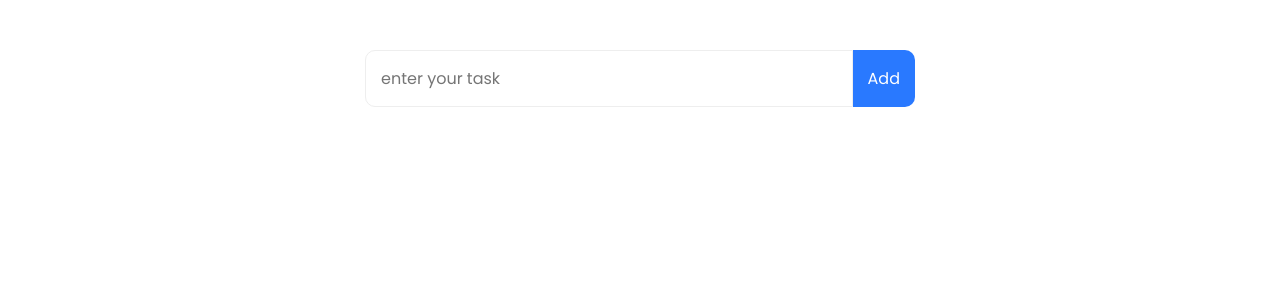
Repository: Kaii-Dev/js-course
Page: BAI-TAP/todolist/index.html
An editor plug-in stored every save of this project. The page is shown before and after the next save, followed by the edit.
The browser window is 1280 px wide. The pictures show the whole page.

Above is the page before, as saved 2021-12-22 19:59:39.

### BAI-TAP/todolist/index.html
<!DOCTYPE html>
<html lang="en">
<head>
   <meta charset="UTF-8">
   <meta http-equiv="X-UA-Compatible" content="IE=edge">
   <meta name="viewport" content="width=device-width, initial-scale=1.0">
   <title>to do list</title>
   <link rel="preconnect" href="https://fonts.gstatic.com" />
   <link
     href="https://fonts.googleapis.com/css2?family=Poppins:wght@400;600&display=swap"
     rel="stylesheet"
   />
   <link
     rel="stylesheet"
     href="https://cdnjs.cloudflare.com/ajax/libs/font-awesome/4.7.0/css/font-awesome.min.css"
     integrity="sha512-SfTiTlX6kk+qitfevl/7LibUOeJWlt9rbyDn92a1DqWOw9vWG2MFoays0sgObmWazO5BQPiFucnnEAjpAB+/Sw=="
     crossorigin="anonymous"
   />
   <style>
      html {
  box-sizing: border-box;
}
* {
  margin: 0;
  padding: 0;
}
*,
*:before,
*:after {
  box-sizing: border-box;
}
input,
textarea,
select,
button {
  outline: none;
}
input {
  line-height: normal;
}
label,
button {
  cursor: pointer;
}
a {
  text-decoration: none;
}
img {
  display: block;
  max-width: 100%;
}
*,
*:before,
*:after {
  box-sizing: border-box;
}
/* using rem unit */
html {
  font-size: 62.5%;
}
a {
  text-decoration: none;
}
img {
  display: block;
  max-width: 100%;
}
input,
button,
body {
  font-family: "Poppins", sans-serif;
  font-size: 16px;
  line-height: 1;
}
.todo {
  padding: 25px;
  margin: 25px auto;
  max-width: 600px;
}
.todo-form {
  width: 100%;
  display: flex;
}
.todo-submit {
  padding: 15px;
  border: 0;
  background-color: #2979ff;
  color: white;
  border-radius: 0 10px 10px 0;
  flex-shrink: 0;
}
.todo-input {
  width: 100%;
  border: 1px solid #eee;
  padding: 15px;
  border-radius: 10px 0 0 10px;
}
.todo-item {
  margin-top: 15px;
  display: flex;
  align-items: center;
  padding: 15px 0;
}
.todo-text {
  flex: 1;
  font-weight: 300;
  color: #333;
  display: inline-block;
  padding-right: 20px;
  white-space: nowrap;
  max-width: 100%;
  overflow: hidden;
  text-overflow: ellipsis;
  line-height: 1.4;
}
.todo-remove {
  flex-shrink: 0;
  width: 40px;
  height: 40px;
  background-color: #fc5776;
  color: white;
  border-radius: 4px;
  cursor: pointer;
  display: flex;
  justify-content: center;
  align-items: center;
}
   </style>
</head>
<body>
   <div class="todo">
      <form class="todo-form" autocomplete="off">
         <input type="text" name="todo" placeholder="enter your task" class="todo-input">
         <button class="todo-submit" type="submit">Add</button>
      </form>

      <div class="todo-list">
         <!-- <div class="todo-item">
            <span class="todo-text">learning english</span>
            <i class="fa fa-trash todo-remove" ></i>
         </div> -->
      </div>
   </div>
   <script src="./starter.js"></script>
</body>
</html>

### BAI-TAP/todolist/starter.js
{/* <div class="todo-item">
            <span class="todo-text">learning english</span>
            <i class="fa fa-trash todo-remove" ></i>
         </div> */}

         window.addEventListener("load", function(){
            const form = document.querySelector("form");
            form.addEventListener("click", function(e){
               e.preventDefault();
               const todoVal = form.elements["todo"].value; // kien thuc trong bai form
               console.log(todoVal);
            })
         })

After the next save:
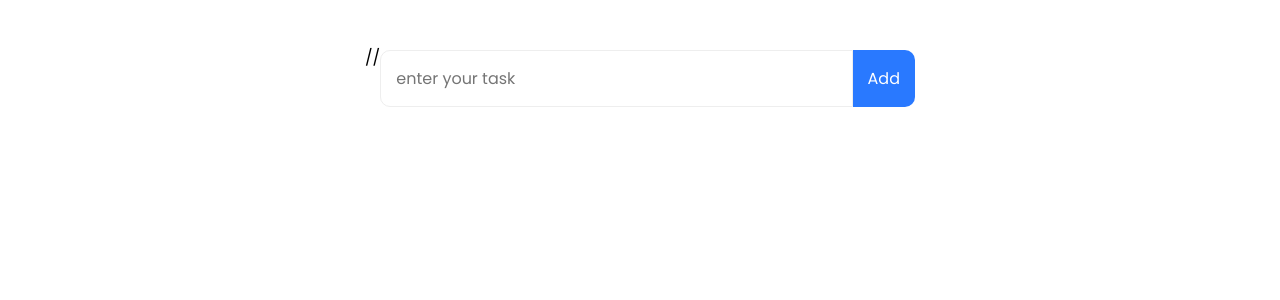
Saved 4 s later.
--- a/BAI-TAP/todolist/index.html
+++ b/BAI-TAP/todolist/index.html
@@ -129,7 +129,7 @@ body {
 </head>
 <body>
    <div class="todo">
-      <form class="todo-form" autocomplete="off">
+      <form class="todo-form" autocomplete="off"> //
          <input type="text" name="todo" placeholder="enter your task" class="todo-input">
          <button class="todo-submit" type="submit">Add</button>
       </form>
